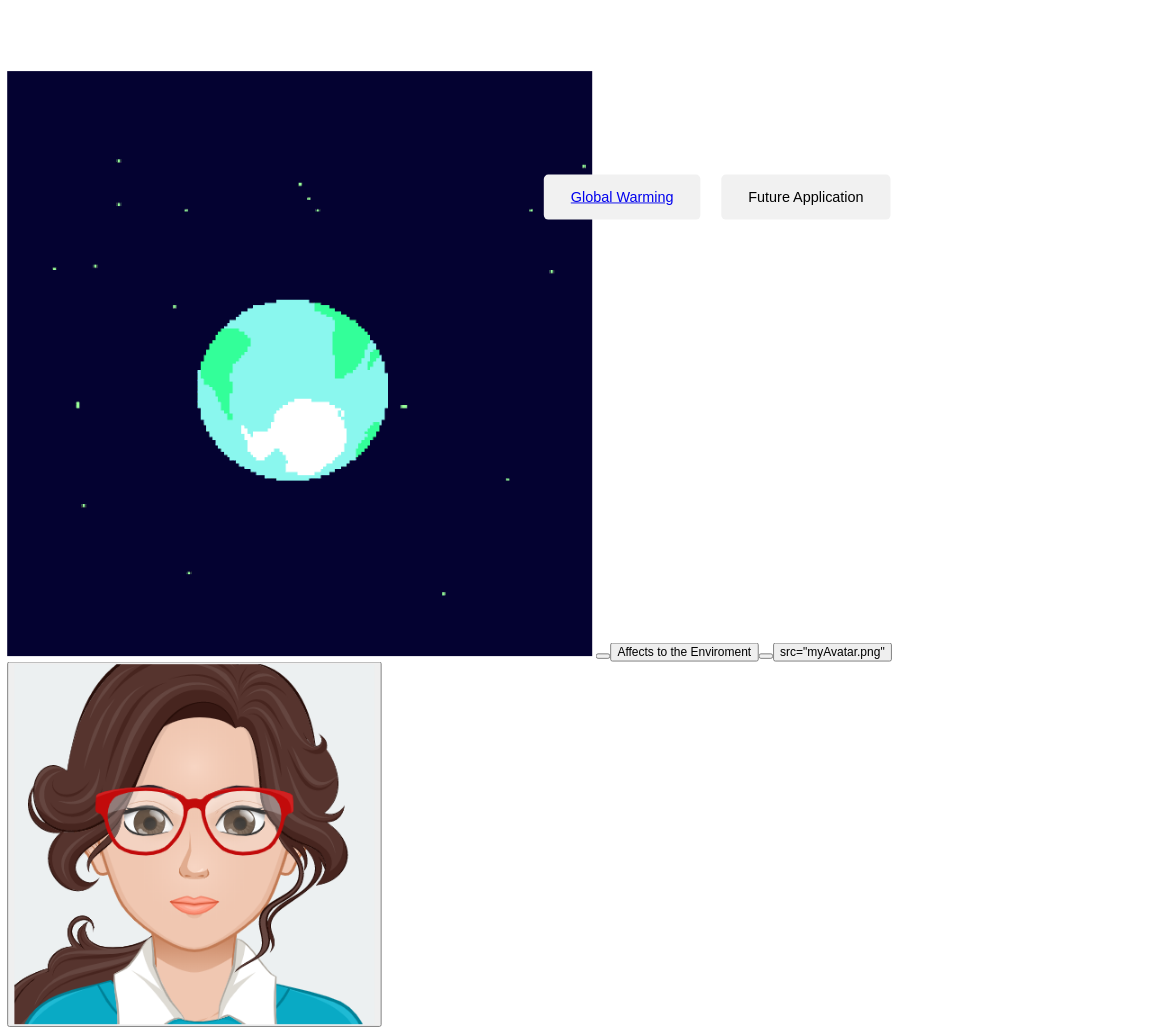
Repository: Alejandra-Pelayo/Alejandra-Pelayo.github.io
Page: 2.1.4/Example.html
The author's editor kept a record of every edit. The page is drawn from the files as they stood at one moment, then again after the next edit.
The browser window is 1280 px wide. The pictures show the whole page, at 90% of full size.

Above is the page before.

After the next edit:
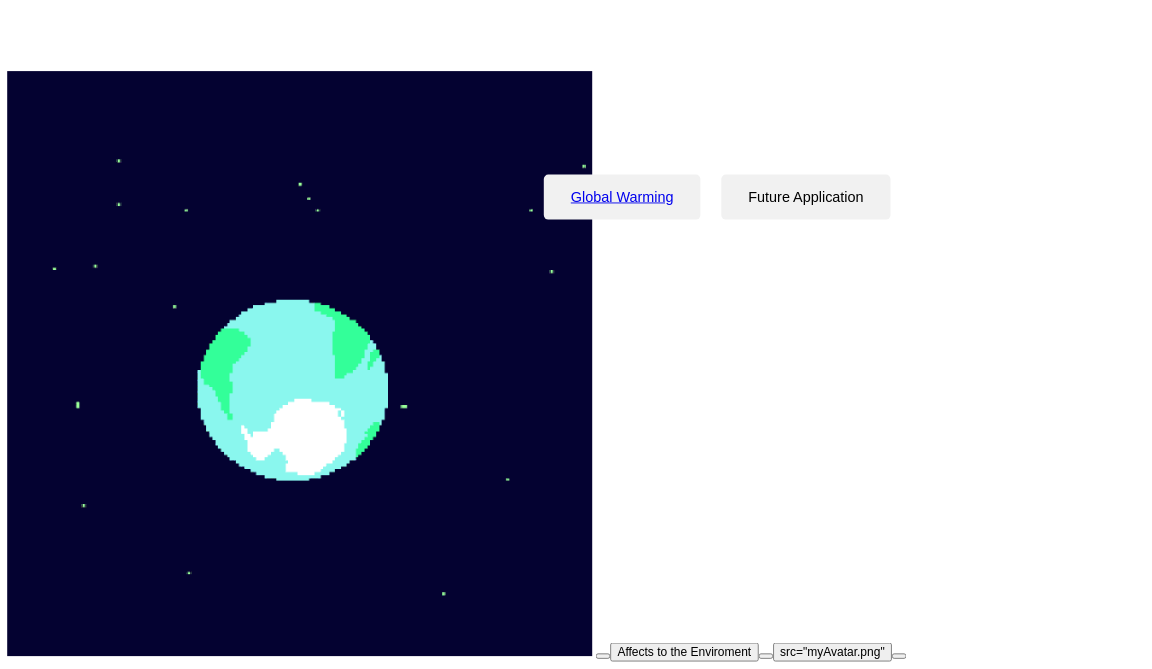
The edit:
--- a/2.1.4/Example.html
+++ b/2.1.4/Example.html
@@ -18,7 +18,3 @@
 
 <button4>
    <button class ="btn4"> src="myAvatar.png" <Button/button>
-
-
-
-  <img src="myAvatar.png" alt="Avatar" class="btn4">
